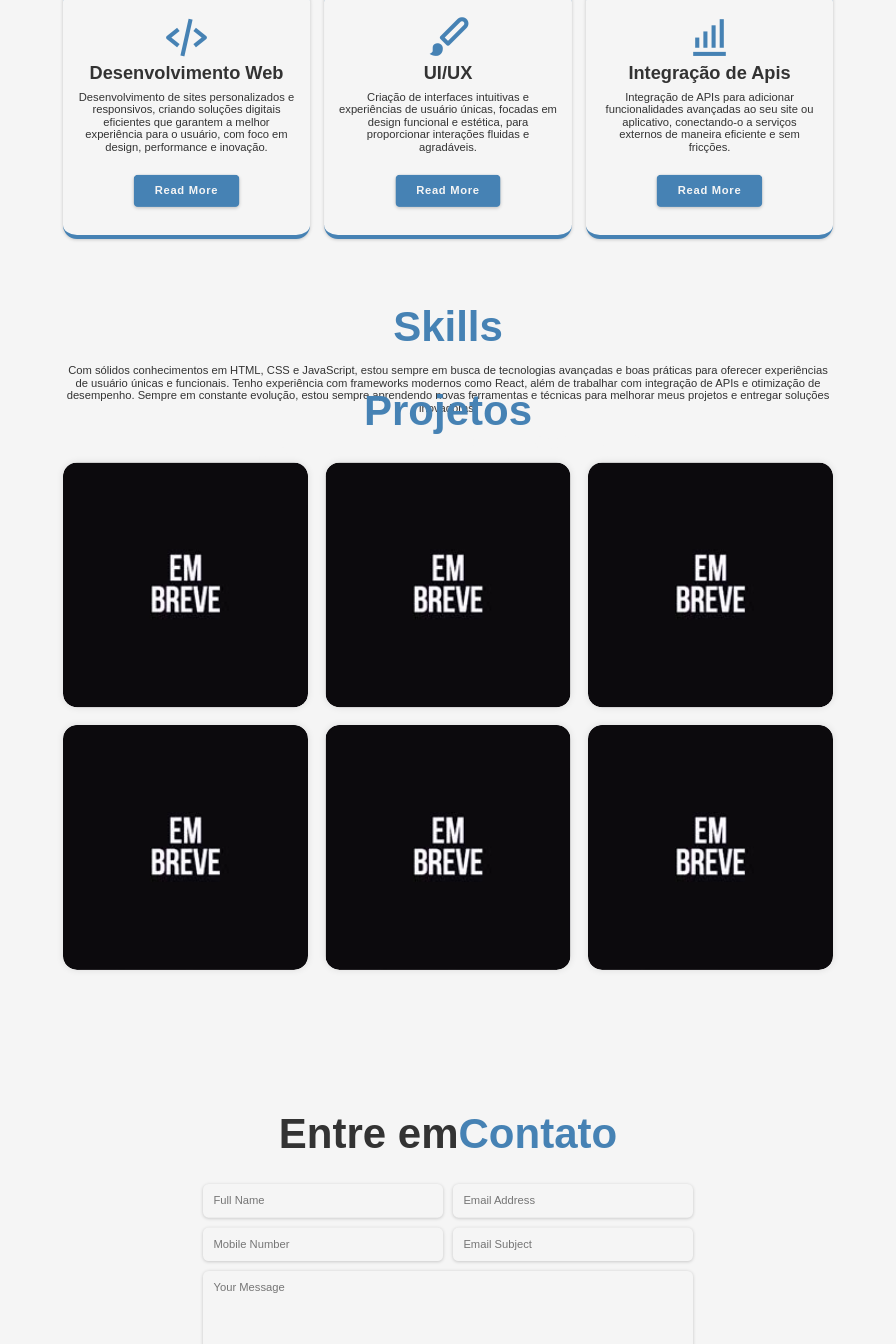
Repository: AliciaKathleen/portfolio-2025
Page: index.html
These files come from the project's save history. The page is drawn as it stood at one moment and after the next save; the edit follows.
The browser window is 1280 px wide. The pictures show the part of the page from y = 1661 to 3581 px (the page is 3946 px tall before and 3900 px after), at 70% of full size.

Above is the page before, as saved 2025-01-27 17:08:13.
Console error: TypeError: Cannot read properties of null (reading 'classList')

After the next save:
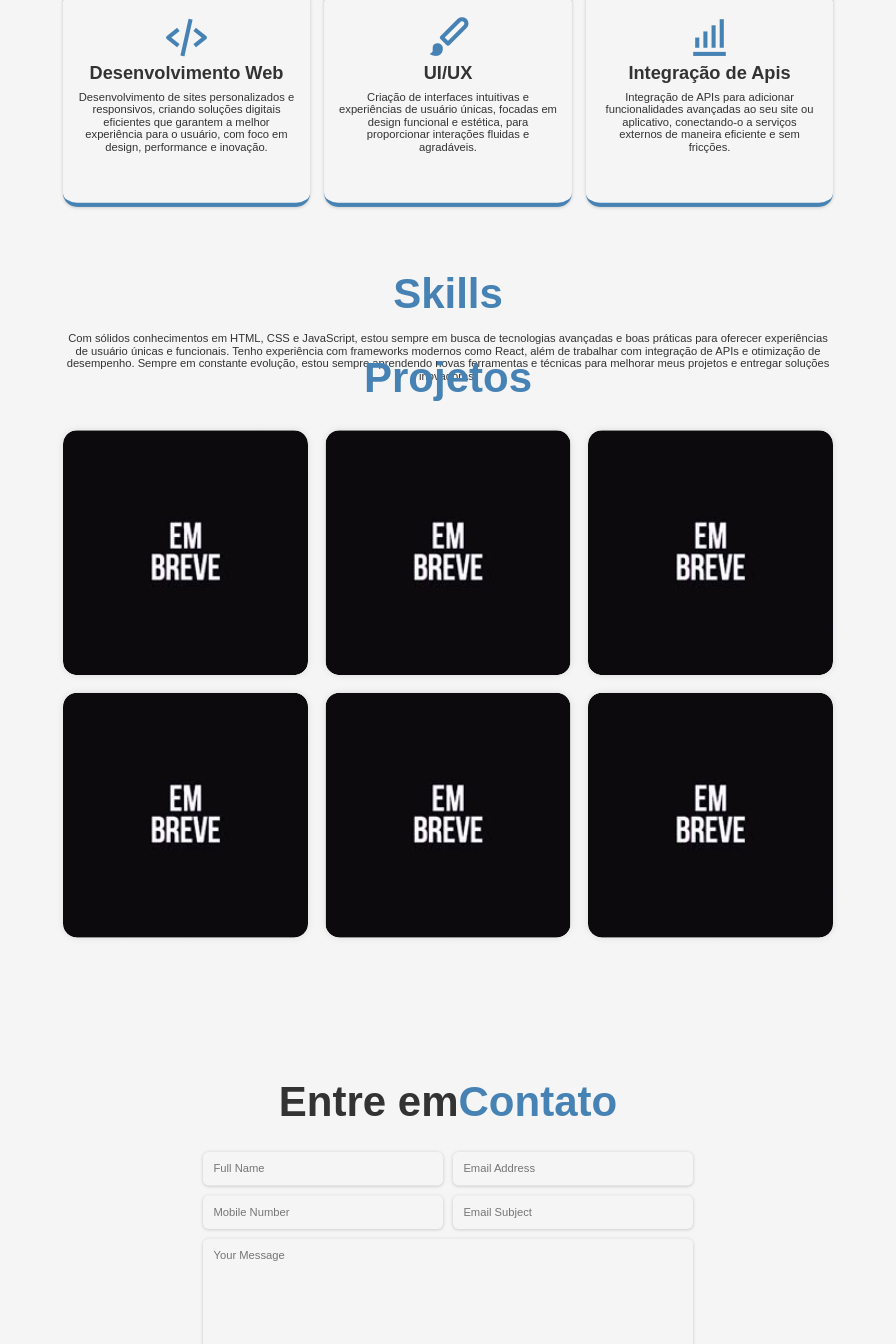
Saved 34 s later.
--- a/index.html
+++ b/index.html
@@ -78,19 +78,16 @@
                 <i class='bx bx-code-alt'></i>
                 <h3>Desenvolvimento Web</h3>
                 <p>Desenvolvimento de sites personalizados e responsivos, criando soluções digitais eficientes que garantem a melhor experiência para o usuário, com foco em design, performance e inovação.</p>
-                <a href="#" class="btn">Read More</a>
             </div>
             <div class="services-box">
                 <i class='bx bxs-paint'></i>
                 <h3>UI/UX</h3>
                 <p>Criação de interfaces intuitivas e experiências de usuário únicas, focadas em design funcional e estética, para proporcionar interações fluidas e agradáveis.</p>
-                <a href="#" class="btn">Read More</a>
             </div>
             <div class="services-box">
                 <i class='bx bx-bar-chart-alt'></i>
                 <h3>Integração de Apis</h3>
                 <p>Integração de APIs para adicionar funcionalidades avançadas ao seu site ou aplicativo, conectando-o a serviços externos de maneira eficiente e sem fricções.</p>
-                <a href="#" class="btn">Read More</a>
             </div>
         </div>
     </section>
